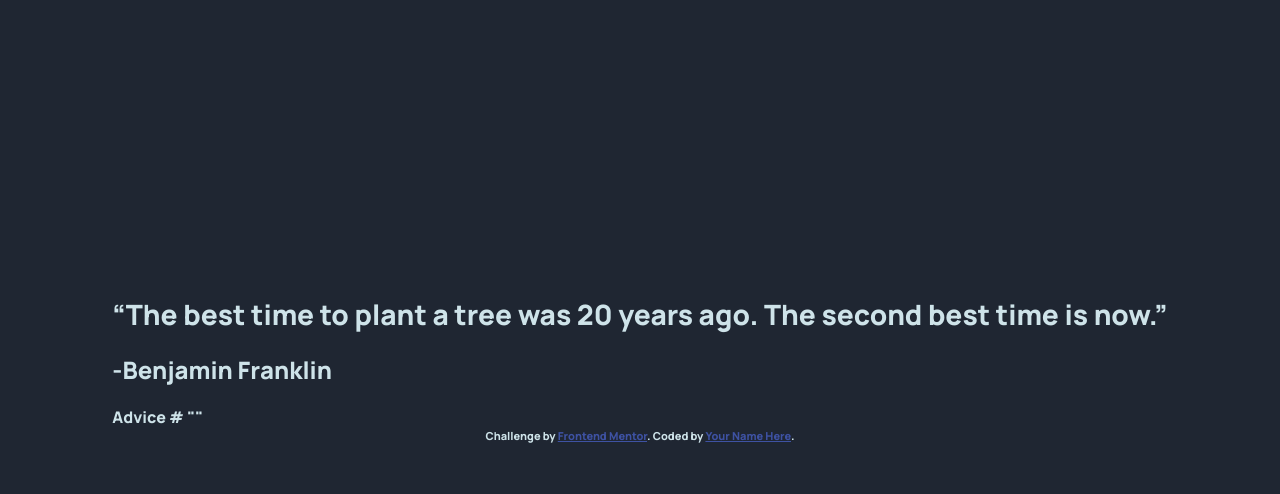
Repository: blordeus/advice-generator-app-main
Page: index.html
The author's editor kept a copy of each file at every save. The page is drawn from the files as they stood at one save, then again after the next save.
The browser window is 1280 px wide. The pictures show the whole page.

Above is the page before, as saved 2023-08-22 17:57:55.

After the next save:
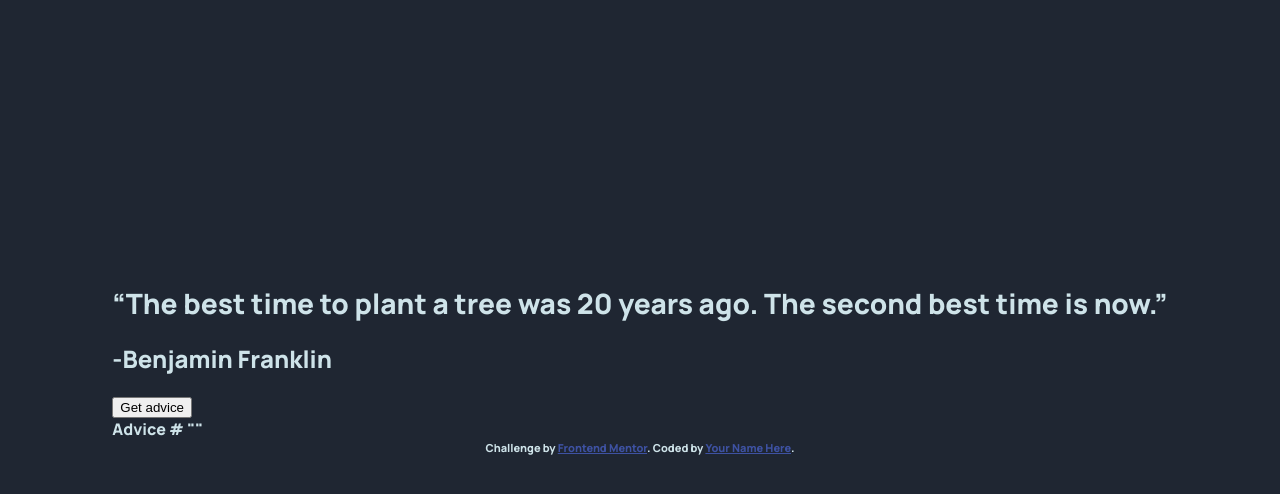
Saved 5 s later.
--- a/index.html
+++ b/index.html
@@ -20,7 +20,7 @@
     <h1 class="quote">“The best time to plant a tree was 20 years ago. The second best time is now.”</h1>
     <h2 class="author">-Benjamin Franklin</h2>
     <div id='advice'>
-
+      <button onclick="getAdvice()">Get advice</button><br />
     </div>
 
     Advice #<!-- Advice ID goes here -->
